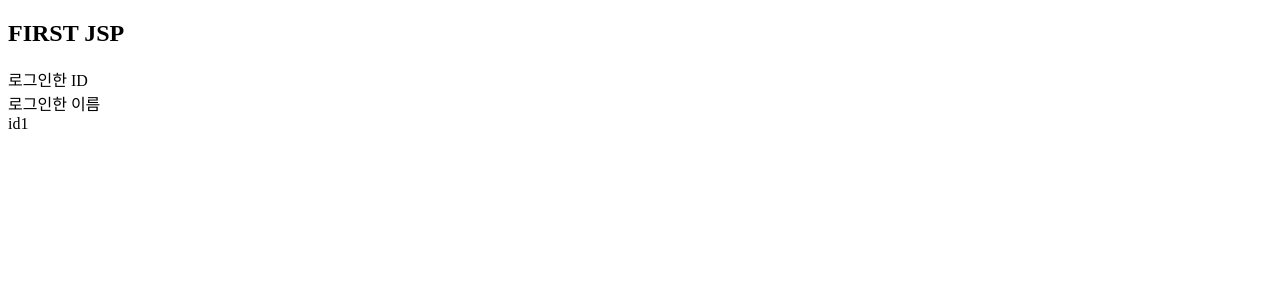
Repository: phoresis92/KITRI_JSP
Page: http://localhost/eljstl2/first.do
An editor plug-in stored every save of this project. The page is shown before and after the next save, followed by the edit.
The browser window is 1280 px wide. The pictures show the whole page.
The page is served by Tomcat 9. Other server files are loaded and not shown.

Above is the page before, as saved 2018-12-20 05:02:28.

### JSP_workspace/eljstl2/WebContent/first.jsp
<%@ page language="java" contentType="text/html; charset=UTF-8" %>
<!DOCTYPE html>
<html>
<head>
<meta charset="UTF-8">
<title>Insert title here</title>
</head>
<body>
	<h2>FIRST JSP</h2>
<%-- 	<%
	String loginId =
		(String)request.getAttribute("loginId");
	String loginName =
		(String)request.getAttribute("loginName");
	%>
	로그인한 아이디 [<%= loginId %>] <br/>
	로그인한 이름 [<%= loginName %>] <br/> --%>

	<%-- <jsp:useBean id="loginId" class="java.lang.String" scope="request"/>
	<jsp:getProperty property="" name="loginId"/> --%>
	<!-- 자바빈 타입에 유용하다 따라서 제한적으로 사용 -->

	로그인한 ID ${ requestScope.loginId } <br/>
	로그인한 이름 ${ loginName } <br/>

	${ requestScope.loginInfo.id }
</body>
</html>

### JSP_workspace/eljstl2/src/control/FirstServlet.java
package control;

import java.io.IOException;
import javax.servlet.ServletException;
import javax.servlet.http.HttpServlet;
import javax.servlet.http.HttpServletRequest;
import javax.servlet.http.HttpServletResponse;
import javax.servlet.RequestDispatcher;

public class FirstServlet extends HttpServlet {
	private static final long serialVersionUID = 1L;

	protected void doGet(HttpServletRequest req, HttpServletResponse resp) throws ServletException, IOException {
		/*req.setAttribute("loginId", "id1");
		req.setAttribute("loginName", "김영동");*/

		Member member = new Member();
		member.setId("id1");
		member.setName("김영동");
		req.setAttribute("loginInfo", member);


		String path = "first.jsp";
		RequestDispatcher rd = req.getRequestDispatcher(path);
		rd.forward(req, resp);
	}

}

### JSP_workspace/eljstl2/src/dto/Member.java
package control;

public class Member {
	String name;
	String id;
	public Member(String name, String id) {
		super();
		this.name = name;
		this.id = id;
	}
	public Member() {
		super();
	}
	public String getName() {
		return name;
	}
	public void setName(String name) {
		this.name = name;
	}
	public String getId() {
		return id;
	}
	public void setId(String id) {
		this.id = id;
	}


}

After the next save:
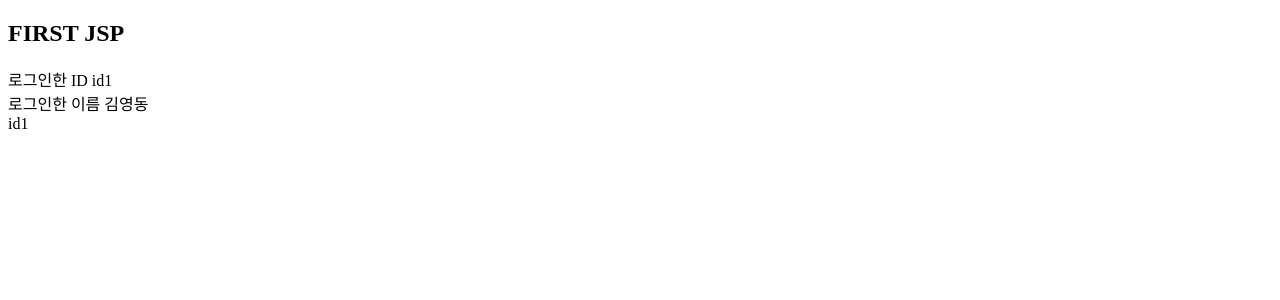
Saved 48 s later.
--- a/JSP_workspace/eljstl2/src/control/FirstServlet.java
+++ b/JSP_workspace/eljstl2/src/control/FirstServlet.java
@@ -11,8 +11,8 @@ public class FirstServlet extends HttpServlet {
 	private static final long serialVersionUID = 1L;
 
 	protected void doGet(HttpServletRequest req, HttpServletResponse resp) throws ServletException, IOException {
-		/*req.setAttribute("loginId", "id1");
-		req.setAttribute("loginName", "김영동");*/
+		req.setAttribute("loginId", "id1");
+		req.setAttribute("loginName", "김영동");
 
 		Member member = new Member();
 		member.setId("id1");
